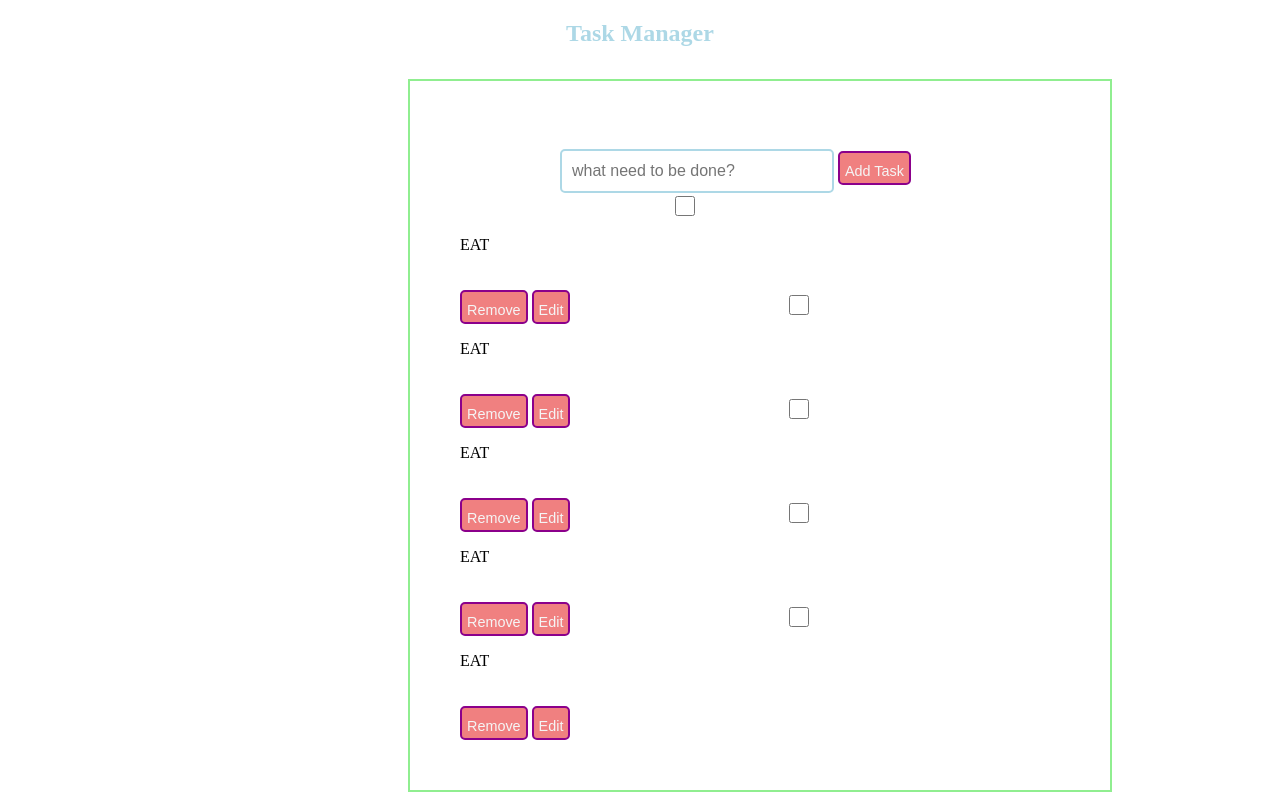
Repository: sristigupta04/basic-js-project
Page: todo app/title.html
These files come from the project's save history. The page is drawn as it stood at one moment and after the next save; the edit follows.
The browser window is 1280 px wide. The pictures show the whole page.

Above is the page before, as saved 2025-10-28 19:05:59.

### todo app/title.html
<!DOCTYPE html>
<html lang="en">
<head>
    <meta charset="UTF-8">
    <meta name="viewport" content="width=device-width, initial-scale=1.0">
    <title>Todo App</title>
    <link rel="stylesheet" href="title.css"/>
</head>
<body>
    <h2> Task Manager</h2>
    <div class="contain">
        <input type="text" placeholder="what need to be done?"></input>
        <button>Add Task</button>

        <div class="row">
            <input type="checkbox"><p> EAT</p> <button>Remove</button> <button>Edit</button>
            <input type="checkbox"><p> EAT</p> <button>Remove</button> <button>Edit</button>
             <input type="checkbox"><p> EAT</p> <button>Remove</button> <button>Edit</button>
              <input type="checkbox"><p> EAT</p> <button>Remove</button> <button>Edit</button>
               <input type="checkbox"><p> EAT</p> <button>Remove</button> <button>Edit</button>
        </div>
    </div>
</body>
</html>

### todo app/title.css
.body{

    text-align: center;
    font-family: 'Trebuchet MS', 'Lucida Sans Unicode', 'Lucida Grande', 'Lucida Sans', Arial, sans-serif;
    margin:0;
    padding: 0;
}

h2{
color:lightblue;
margin-top: 20px;
justify-content: center;
display: flex;
}
.contain{
 border: 2px solid lightgreen;
 width:600px;
 height: auto;
 margin-left: 400px;
 margin-top: 2rem;
 padding: 50px;
}
.contain input{
    width:250px;
    height: 20px;
    padding: 10px;
    font-size: 1rem;
     border:2px solid lightblue;
     border-radius: 5px;
     outline: none;
     margin-left: 100px;

}
.contain button{
     padding:  10px 5px 4px;
       font-size:0.90rem;
       border:2px solid darkmagenta;
border-radius: 5px;
background-color: lightcoral;
color:whitesmoke;
margin-top: 20px;;
}

After the next save:
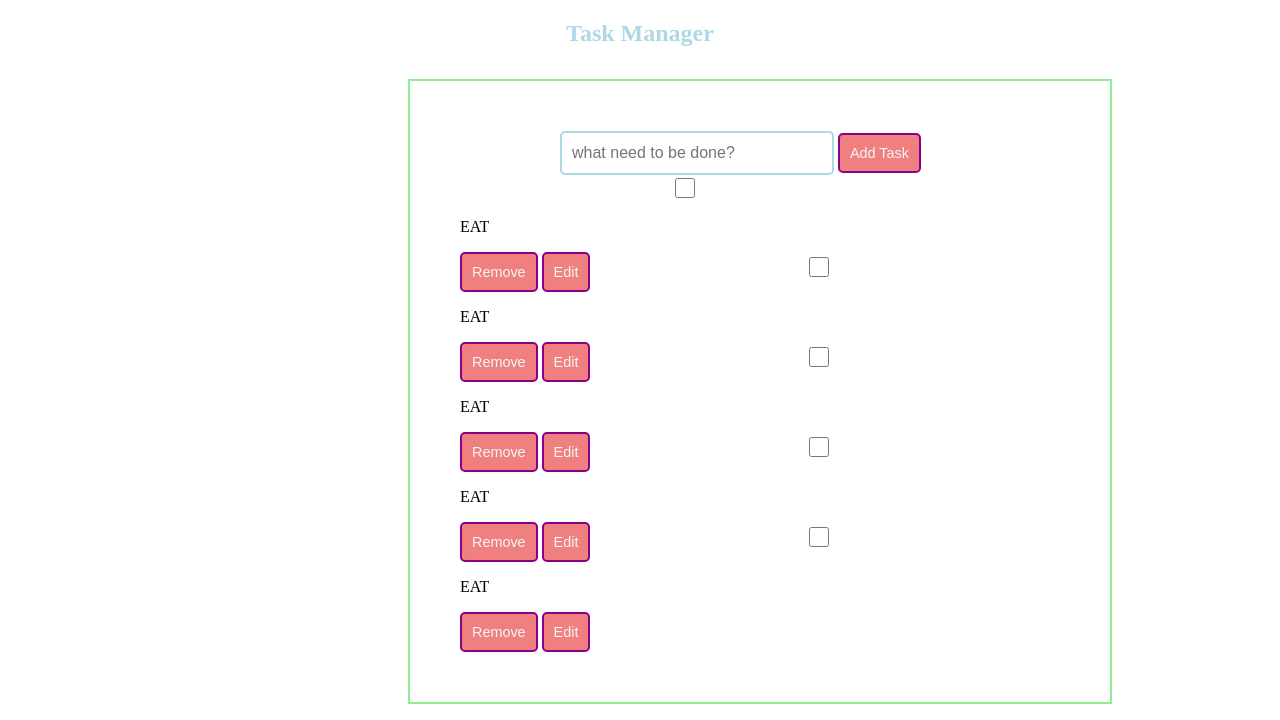
Saved 11 s later.
--- a/todo app/title.css
+++ b/todo app/title.css
@@ -32,11 +32,10 @@ display: flex;
 
 }
 .contain button{
-     padding:  10px 5px 4px;
+     padding:  10px;
        font-size:0.90rem;
        border:2px solid darkmagenta;
 border-radius: 5px;
 background-color: lightcoral;
 color:whitesmoke;
-margin-top: 20px;;
 }
